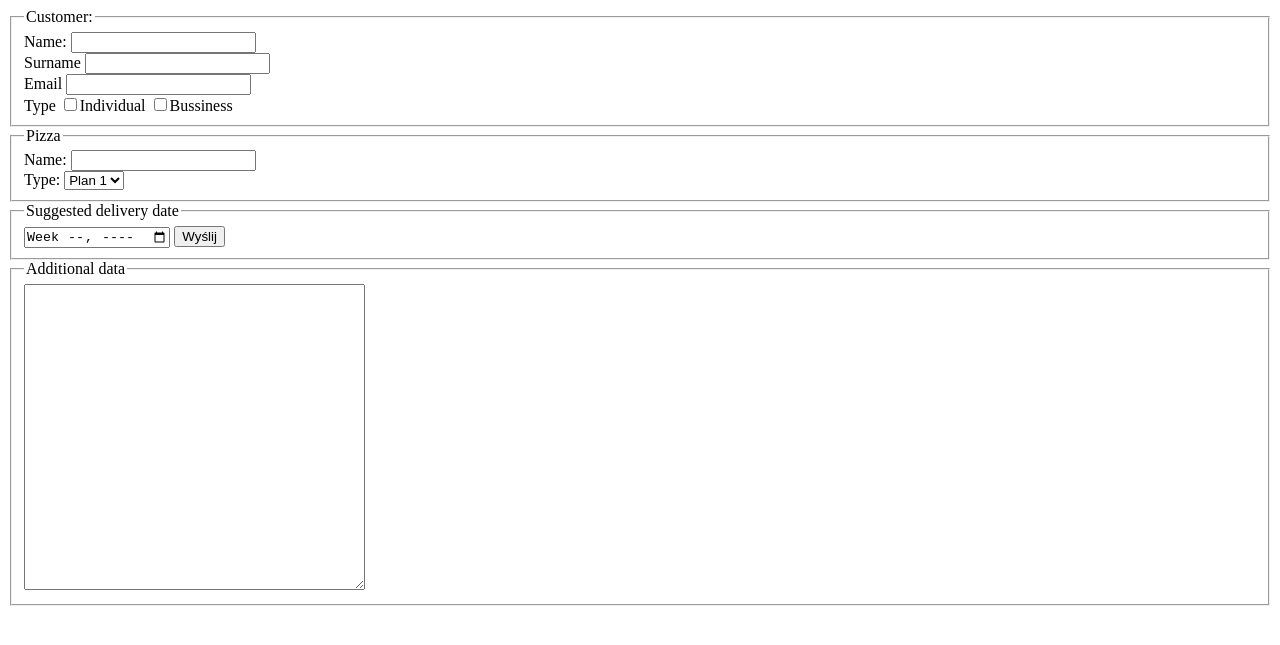
Repository: wisni4k/html-trainee
Page: testWeb/WebContent/Formularz.html
An editor plug-in stored every save of this project. The page is shown before and after the next save, followed by the edit.
The browser window is 1280 px wide. The pictures show the whole page.

Above is the page before, as saved 2015-07-10 11:39:09.

After the next save:
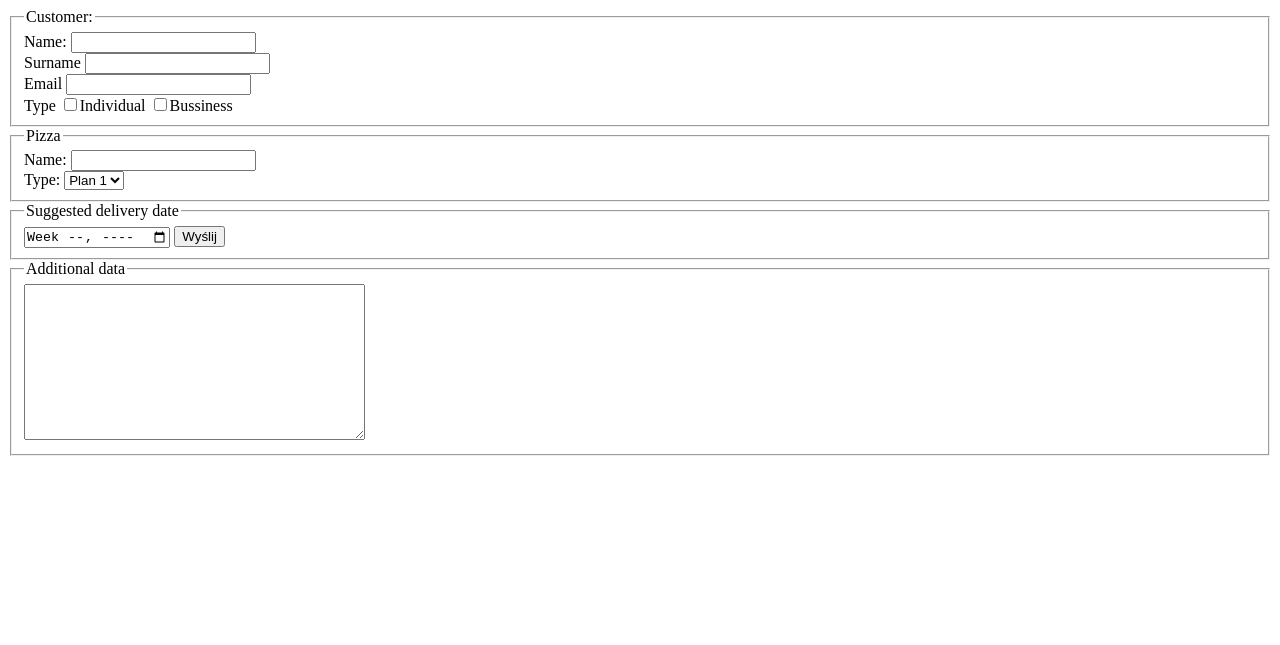
Saved 6 s later.
--- a/testWeb/WebContent/Formularz.html
+++ b/testWeb/WebContent/Formularz.html
@@ -35,7 +35,7 @@
 		</fieldset>
 		<fieldset>
 			<legend>Additional data</legend>
-			<textarea name="nazwa" cols="40" rows="20">
+			<textarea name="nazwa" cols="40" rows="10">
 
 			</textarea>
 		</fieldset>
